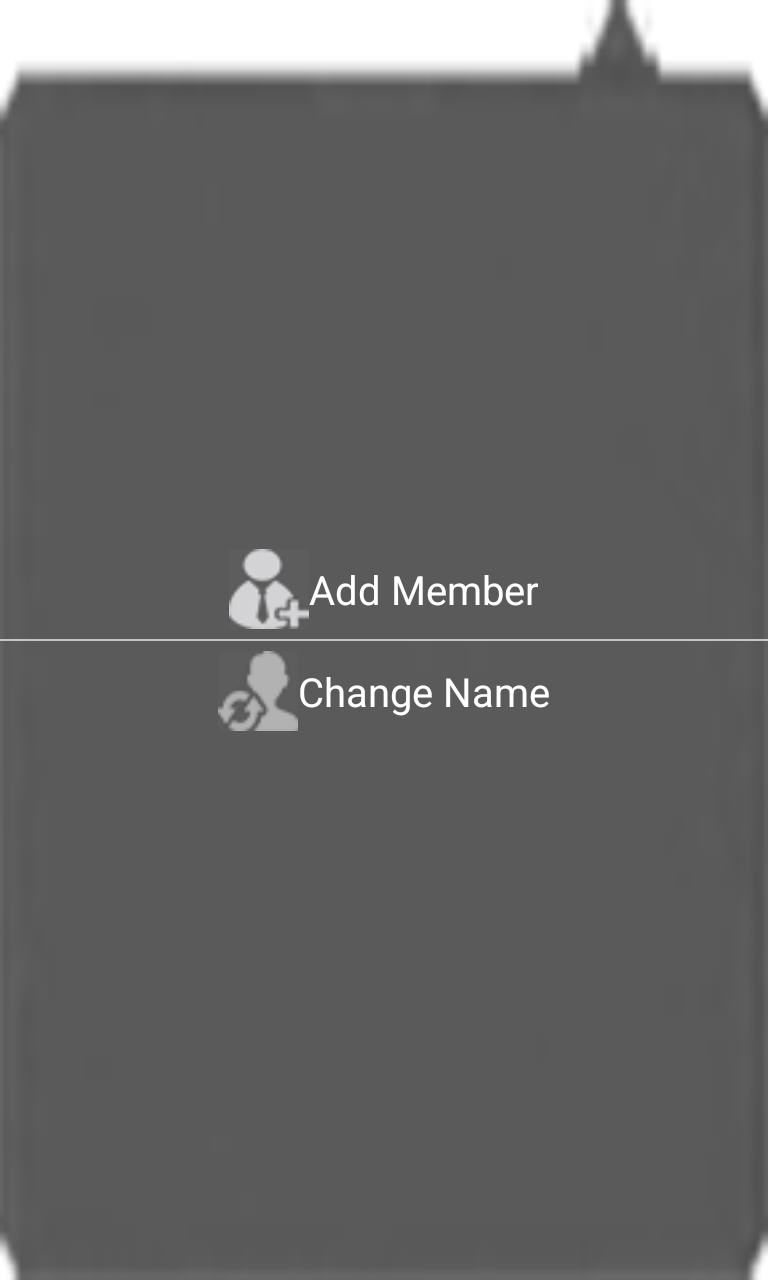
Repository: GitDidNotExitCleanly/FaceLabel
Layout: FaceLabel/res/layout/activity_group_setting_dropdown.xml
These files come from the project's save history. The layout is drawn as it stood at one moment and after the next save; the edit follows.
It is drawn on a 768 x 1280 px phone screen (xhdpi) without system bars, with theme AppTheme; the app's code is not run.

Above is the layout before, as saved 2015-05-12 15:15:42.

After the next save:
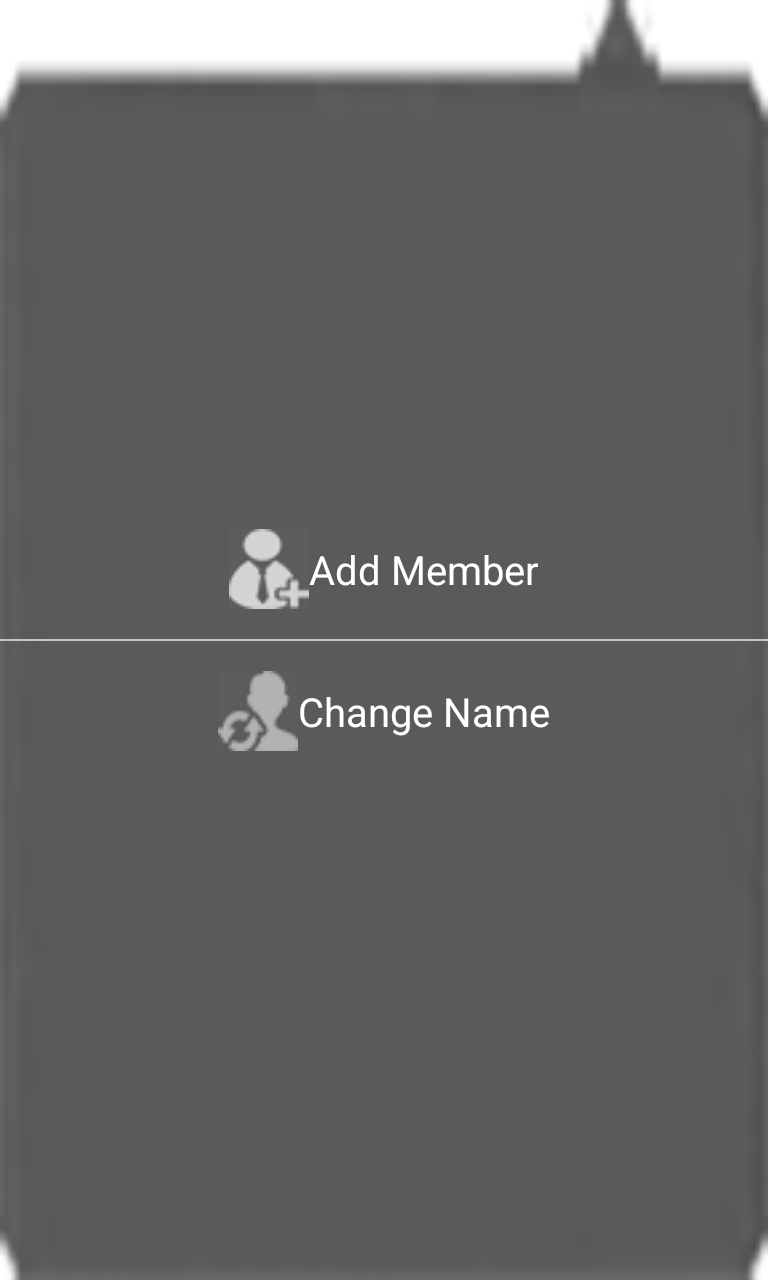
Saved 23 s later.
--- a/FaceLabel/res/layout/activity_group_setting_dropdown.xml
+++ b/FaceLabel/res/layout/activity_group_setting_dropdown.xml
@@ -33,6 +33,8 @@
     <View
 		android:layout_width="fill_parent"
 		android:layout_height="1dp"
+		android:layout_marginTop="10dp"
+		android:layout_marginBottom="10dp"
 		android:background="#C6C6C6"/>
 
     <LinearLayout
